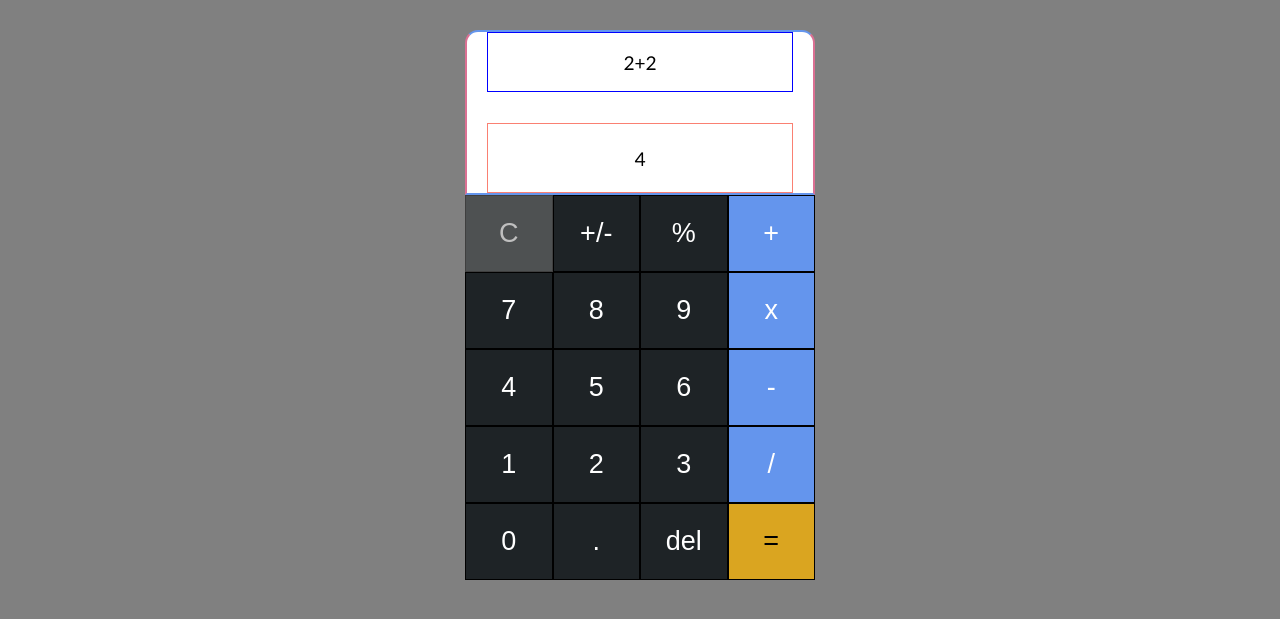
Repository: OfirLana/Calculator
Page: index.html
These files come from the project's save history. The page is drawn as it stood at one moment and after the next save; the edit follows.
The browser window is 1280 px wide. The pictures show the whole page.
The pointer rests on the first visible `.btn`.

Above is the page before, as saved 2019-03-14 19:20:00.

After the next save:
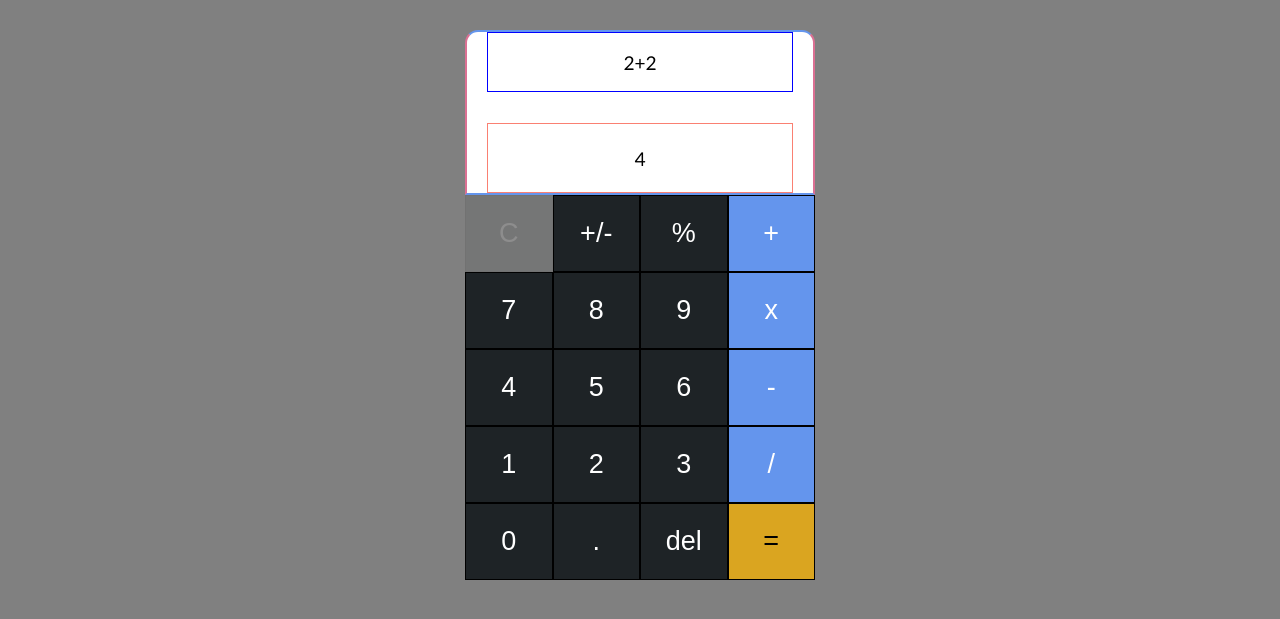
Saved 20 s later.
--- a/style.css
+++ b/style.css
@@ -98,7 +98,7 @@ body {
     border:1px solid black;
 }
 .btn:hover{
-    opacity:0.5;
+    opacity:0.1;
 }
 .op {
     background:cornflowerblue;
